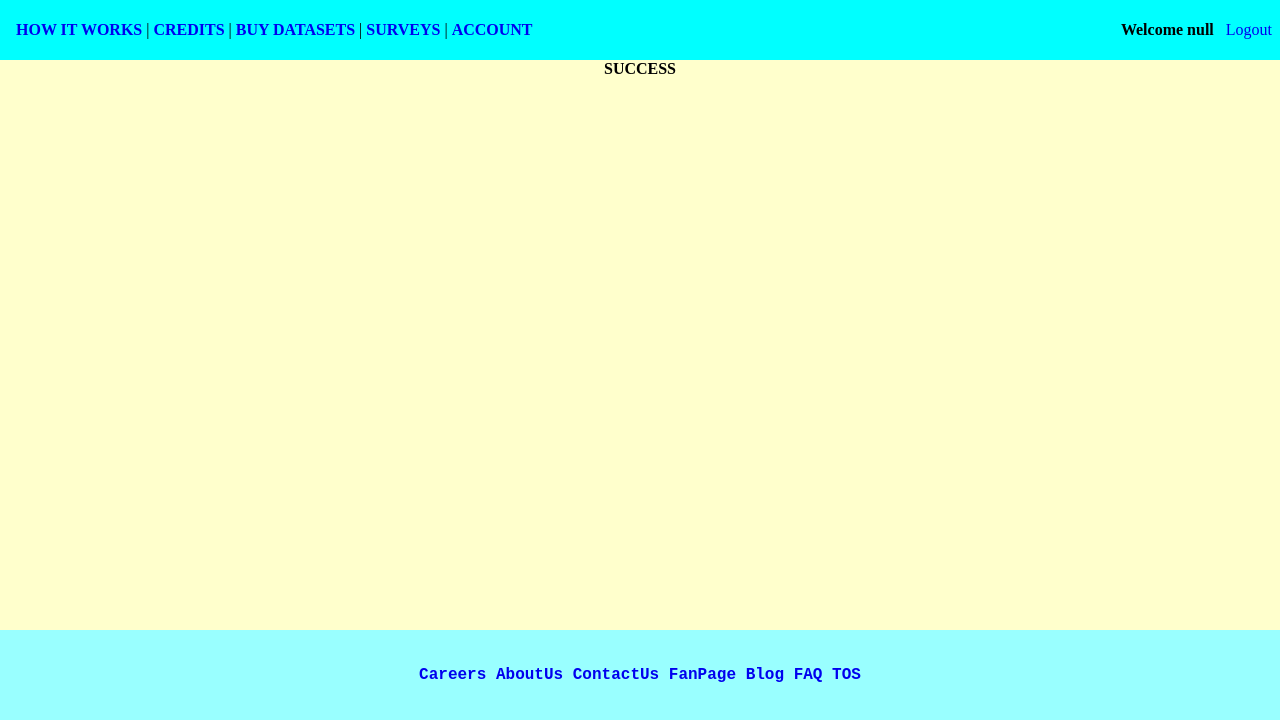
Repository: nicks707/LocoShack_TGMC-project
Page: http://localhost/ram/success.jsp
The author's editor kept a copy of each file at every save. The page is drawn from the files as they stood at one save, then again after the next save.
The browser window is 1280 px wide. The pictures show the whole page.
The page is served by Tomcat 9.

Above is the page before, as saved 2012-03-20 15:53:00.

After the next save:
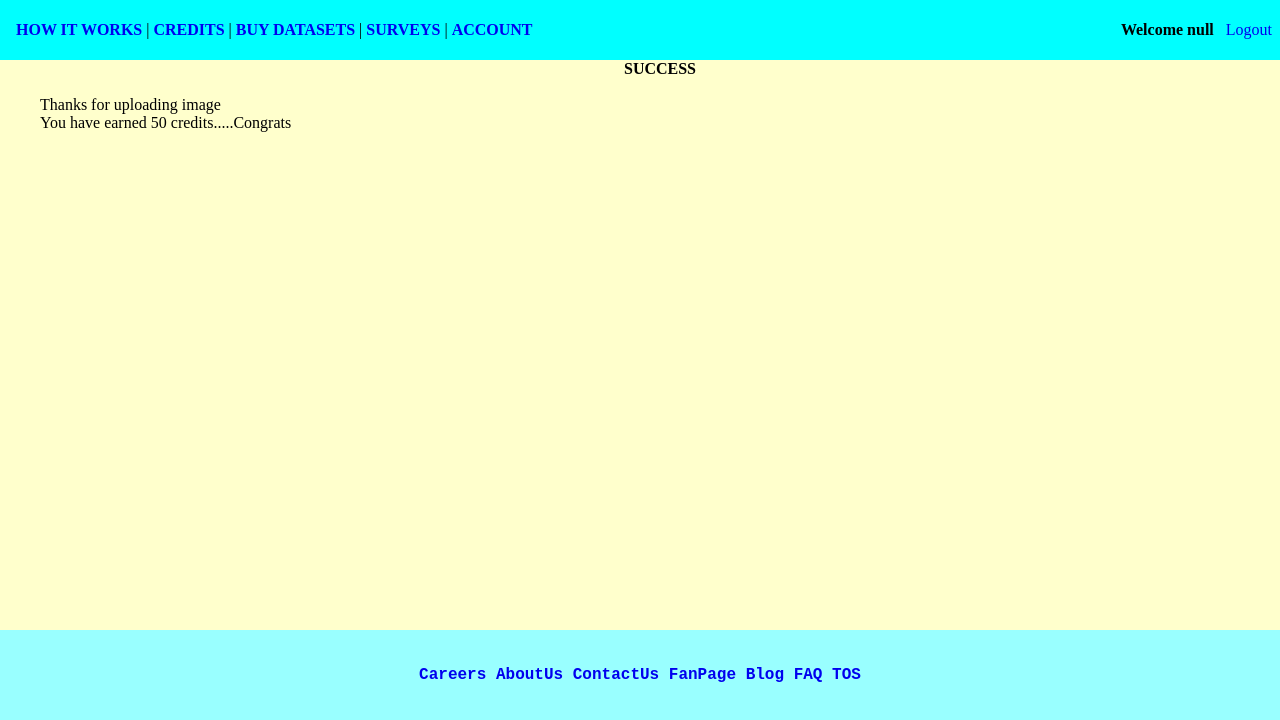
Saved 83 s later.
--- a/ram/WebContent/success.jsp
+++ b/ram/WebContent/success.jsp
@@ -16,8 +16,10 @@ html, body,table
 <body style="margin-left:0px;margin-right:0px;margin-top:0px;">
 <table width="100%" cellpadding="0" cellspacing="0"   style="background-color:#FFFFCC">
 <tr height="60px"><td><jsp:include page="header2.jsp"></jsp:include></td></tr>
-<tr><td valign="top">
-<center><b>SUCCESS</b></center>
+<tr ><td style="padding-left:40px;" valign="top">
+<center><b>SUCCESS</b></center><br/>
+Thanks for uploading image<br/>
+You have earned 50 credits.....Congrats
 
 
 </td></tr>
